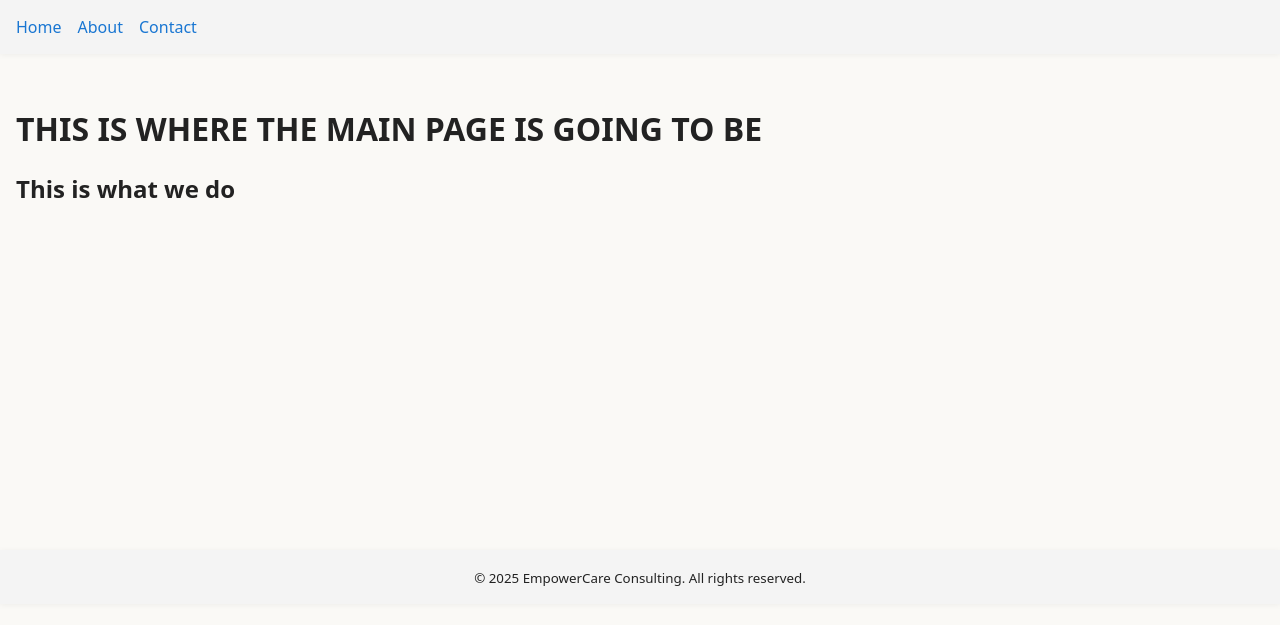
Repository: mcamarco/empowercare
Page: /
The author's editor kept a copy of each file at every save. The page is drawn from the files as they stood at one save, then again after a run of saves.
The browser window is 1280 px wide. The pictures show the whole page.
The project was rebuilt for these pictures with package versions that can differ from the ones it lists, and the page was loaded fresh each time. The framework's server and built-in components were replaced by stand-ins that run in the browser. Also part of the build but not shown: next.config.ts.

Above is the page before, as saved 2025-05-16 15:35:46.

After the next 3 saves:
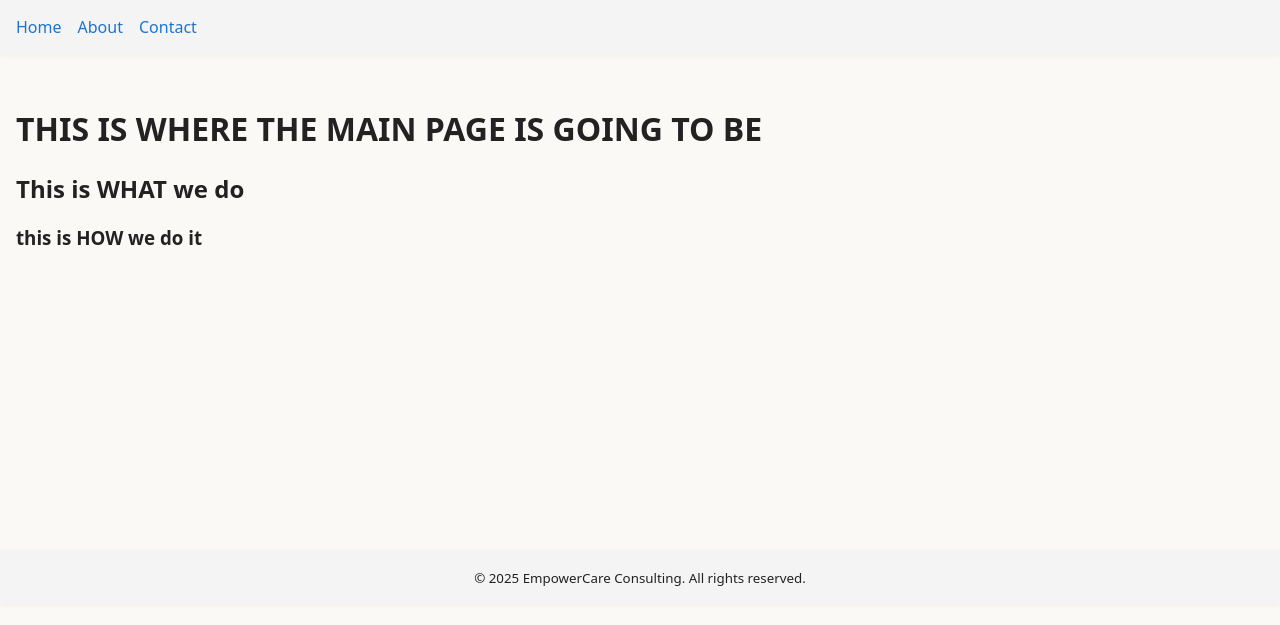
The 3 saves are shown as one change because they came seconds apart.
The last was saved 11 s later.
--- a/src/app/page.tsx
+++ b/src/app/page.tsx
@@ -2,7 +2,9 @@ export default function Home() {
   return (
     <main>
       <h1>THIS IS WHERE THE MAIN PAGE IS GOING TO BE </h1>
-      <h2> This is what we do </h2>
+      <h2> This is WHAT we do </h2>
+      <h3> this is HOW we do it</h3>
+
     </main>
   );
 }
